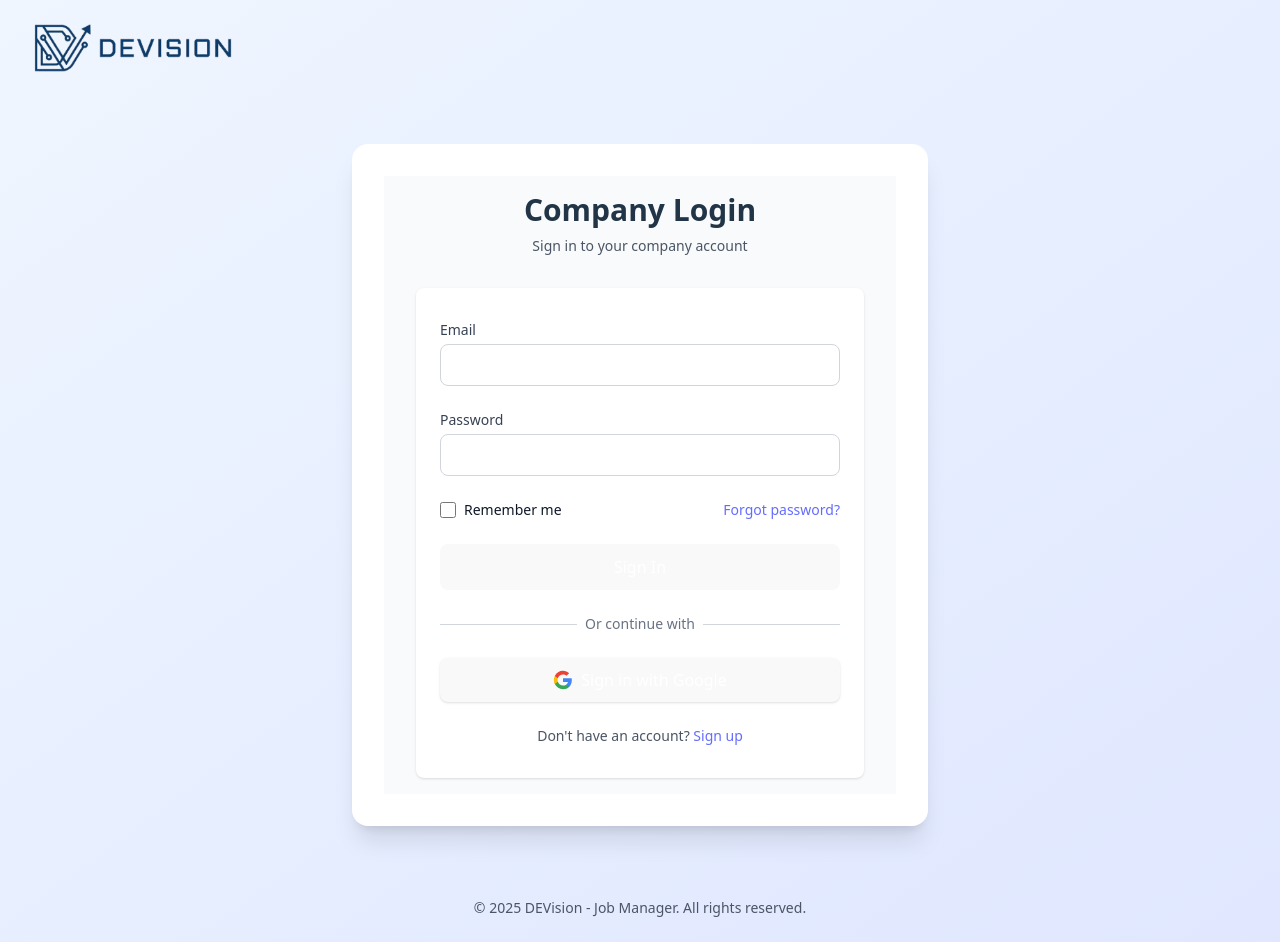
Repository: ISYS3461-2025C-Mulan-DEVision/JobManager_FE
Page: /login
The author's editor kept a copy of each file at every save. The page is drawn from the files as they stood at one save, then again after the next save.
The browser window is 1280 px wide. The pictures show the whole page.
The project was rebuilt for these pictures with package versions that can differ from the ones it lists, and the page was loaded fresh each time. Also part of the build but not shown: vite.config.js, src/pages/Home.tsx, src/components/headless/Table/Table.tsx, src/components/headless/Modal/Modal.tsx, src/components/ui/Card/Card.tsx, src/components/ui/Spinner/Spinner.tsx, src/components/ui/Alert/Alert.tsx, src/components/feature/Authentication/CompanySignup/CompanySignupForm.tsx and 4 more.

Above is the page before, as saved 2025-12-12 14:15:27.

### index.html
<!doctype html>
<html lang="en">
  <head>
    <meta charset="UTF-8" />
    <link rel="icon" type="image/svg+xml" href="/logo/logo-icon.png" />
    <meta name="viewport" content="width=device-width, initial-scale=1.0" />
    <title>jobmanager-fe</title>
  </head>
  <body>
    <div id="root"></div>
    <script type="module" src="/src/main.jsx"></script>
  </body>
</html>

### src/main.tsx
import React, { StrictMode } from "react";
import { createRoot } from "react-dom/client";
import "./index.css";
import { BrowserRouter } from "react-router-dom";
import App from "./App.js";
import { Provider } from "react-redux";
import store from "./store/index.js";

const container = document.getElementById("root")!;
if (!container) {
    throw new Error("Root container not found");
} else {
    createRoot(container).render(
        <StrictMode>
            <Provider store={store}>
                <BrowserRouter>
                    <App />
                </BrowserRouter>
            </Provider>
        </StrictMode>,
    );
}

### src/index.css
@import "tailwindcss";

@theme {
  --color-heading: #ff0000;
  --color-dark-blue: #1E293B;
  --color-background-color: #F8FAFC;
}

:root {
    font-family: system-ui, Avenir, Helvetica, Arial, sans-serif;
    line-height: 1.5;
    font-weight: 400;

    color-scheme: light dark;
    color: rgba(255, 255, 255, 0.87);
    background-color: #242424;

    font-synthesis: none;
    text-rendering: optimizeLegibility;
    -webkit-font-smoothing: antialiased;
    -moz-osx-font-smoothing: grayscale;
}

a {
    font-weight: 500;
    color: #646cff;
    text-decoration: inherit;
}
a:hover {
    color: #535bf2;
}

body {
    margin: 0;
    min-width: 320px;
    min-height: 100vh;
}

h1 {
    font-size: 3.2em;
    line-height: 1.1;
}

button {
    border-radius: 8px;
    border: 1px solid transparent;
    padding: 0.6em 1.2em;
    font-size: 1em;
    font-weight: 500;
    font-family: inherit;
    background-color: #1a1a1a;
    cursor: pointer;
    transition: border-color 0.25s;
}
button:hover {
    border-color: #646cff;
}
button:focus,
button:focus-visible {
    outline: 4px auto -webkit-focus-ring-color;
}

@media (prefers-color-scheme: light) {
    :root {
        color: #213547;
        background-color: #ffffff;
    }
    a:hover {
        color: #747bff;
    }
    button {
        background-color: #f9f9f9;
    }
}

### src/App.tsx
import { Routes, Route, Link, useLocation } from "react-router-dom";
import Home from "./pages/Home";
import LoginPage from "./pages/LoginPage";
import RegistrationPage from "./pages/RegistrationPage";

function App() {
    const location = useLocation();
    const isAuthPage = location.pathname === "/login";

    return (
        <div>
            {!isAuthPage && (
                <nav className="p-4 bg-gray-800 text-white flex gap-4">
                    <Link to="/">Home</Link>
                    <Link to="/login">Login</Link>
                </nav>
            )}

            <Routes>
                <Route path="/" element={<Home />} />
                <Route path="/login" element={<LoginPage />} />
                <Route path="/register" element={<RegistrationPage />} />
            </Routes>
        </div>
    );
}

export default App;

### src/store/index.ts
import configureStore from "./configureStore";
const store = configureStore();
export default store;

### src/pages/LoginPage.tsx
import React from "react";
import { CompanyLogin } from "../components/feature/Authentication/CompanyLogin";
import AuthLayout from "../layout/AuthLayout";

export default function LoginPage() {
    return (
        <AuthLayout>
            <CompanyLogin />
        </AuthLayout>
    );
}

### src/store/configureStore.ts
import { createStore, applyMiddleware, Store } from "redux";
import { createLogger } from "redux-logger";
import createSagaMiddleware from "redux-saga";
import { enableBatching } from "redux-batched-actions";
import createReducer from "./reducers";
import rootSaga from "./saga";

const configureStore = (initialState = {}): Store => {
    const rootReducer = createReducer();
    const sagaMiddleware = createSagaMiddleware();

    const middlewares = [sagaMiddleware];

    const isDev = import.meta.env.VITE_NODE_ENV === "development";

    if (isDev) {
        const loggerMiddleware = createLogger({
            collapsed: () => true,
        });
        (middlewares as any[]).push(loggerMiddleware);
    }

    const store = createStore(
        enableBatching(rootReducer),
        initialState,
        applyMiddleware(...middlewares),
    );

    sagaMiddleware.run(rootSaga);

    return store;
};

export default configureStore;

### src/redux/app/actions.ts
import * as types from "./type";

const setLoading = (payload: boolean) => ({ type: types.SET_LOADING, payload });
const setError = (payload: string | null) => ({
    type: types.SET_ERROR,
    payload,
});
const setInitialized = (payload: boolean) => ({
    type: types.SET_INITIALIZED,
    payload,
});
const reset = () => ({ type: types.RESET });

const toggleLoadingAsync = (payload: boolean) => ({
    type: types.TOGGLE_LOADING_ASYNC,
    payload,
});

export default {
    setLoading,
    setError,
    setInitialized,
    reset,
    toggleLoadingAsync,
};

### src/components/feature/Authentication/CompanyLogin/index.ts
export { CompanyLogin } from "./CompanyLogin";

### src/store/reducers.ts
import { combineReducers } from "redux";
import { reducers } from "../redux";
import _ from "lodash";

const appReducer = combineReducers(reducers);
export default function createReducer() {
    const rootReducer = (state, action) => {
        if (action.type === "FORCE_UPDATE_GLOBAL_STATE") {
            return appReducer(_.cloneDeep(action.payload), action as never);
        }
        return appReducer(state, action as never);
    };

    return rootReducer;
}

### src/store/saga.ts
import { all, fork } from "redux-saga/effects";
import { sagas } from "../redux";

export default function* rootSaga() {
    yield all([...Object.values(sagas)].map(fork));
}

### src/redux/app/type.ts
const prefix = "APP/";

export const SET_LOADING = `${prefix}SET_LOADING`;
export const SET_ERROR = `${prefix}SET_ERROR`;
export const SET_INITIALIZED = `${prefix}SET_INITIALIZED`;
export const RESET = `${prefix}RESET`;

// test async action
export const TOGGLE_LOADING_ASYNC = `${prefix}TOGGLE_LOADING_ASYNC`;

### src/redux/index.ts
const loadModules = (modules: Record<string, any>, hasDefault = false) =>
    Object.entries(modules).map(([path, mod]) => {
        const parts = path.split("/");
        return {
            name: parts.at(-1)!.replace(".js", "").toUpperCase(),
            key: parts.at(-2)!,
            data: hasDefault ? mod.default : mod,
        };
    });

const rawActions = loadModules(
    import.meta.glob("./**/actions.ts", { eager: true }),
    true,
);

const rawTypes = loadModules(
    import.meta.glob("./**/types.ts", { eager: true }),
    false,
);

const rawReducers = loadModules(
    import.meta.glob("./**/reducer.ts", { eager: true }),
    true,
);

const rawSagas = loadModules(
    import.meta.glob("./**/saga.ts", { eager: true }),
    false,
);

// Final exports
export const actions = rawActions.reduce((p, e) => ({ ...p, ...e.data }), {});
export const types = rawTypes.reduce((p, e) => ({ ...p, ...e.data }), {});
export const reducers = rawReducers.reduce(
    (p, e) => ({ ...p, [e.key]: e.data }),
    {},
);
export const sagas = rawSagas.reduce((p, e) => ({ ...p, ...e.data }), {});

### src/components/headless/index.ts
// Headless Components - Logic without UI
export { HeadlessForm } from "./Form";
export { HeadlessTable } from "./Table";
export { useTable } from "./Table/useTable";
export { HeadlessModal } from "./Modal";

// Types
export * from "./types";
export type { TableColumn } from "./Table/useTable";

### src/components/feature/Authentication/CompanyLogin/CompanyLoginForm.tsx
import React from "react";
import { Link } from "react-router-dom";
import { Input, Button, Alert, GoogleLogo } from "@/components/ui";
import { LoginPayload } from "./types";

interface CompanyLoginFormProps {
    values: LoginPayload;
    errors: Partial<Record<keyof LoginPayload, string>>;
    touched: Partial<Record<keyof LoginPayload, boolean>>;
    handleChange: (e: React.ChangeEvent<HTMLInputElement>) => void;
    handleBlur: (field: keyof LoginPayload) => void;
    handleSubmit: (e: React.FormEvent) => void;
    isLoading: boolean;
    error: string | null;
}

export const CompanyLoginForm: React.FC<CompanyLoginFormProps> = ({
    values,
    errors,
    touched,
    handleChange,
    handleBlur,
    handleSubmit,
    isLoading,
    error,
}) => {
    return (
        <div className="flex flex-col items-center justify-center bg-gray-50 py-4 px-1 sm:px-6 lg:px-8">
            <div className="text-center mb-8">
                <h2 className="text-3xl font-bold text-heading-text">
                    Company Login
                </h2>
                <p className="mt-2 text-sm text-gray-600">
                    Sign in to your company account
                </p>
            </div>

            <div className="w-full max-w-md bg-white py-8 px-6 shadow rounded-lg">
                {error && (
                    <Alert type="error" className="mb-4">
                        {error}
                    </Alert>
                )}

                <form onSubmit={handleSubmit} className="space-y-6">
                    <Input
                        label="Email"
                        id="email"
                        name="email"
                        type="email"
                        autoComplete="email"
                        required
                        value={values.email}
                        onChange={handleChange}
                        onBlur={() => handleBlur("email")}
                        error={touched.email ? errors.email : undefined}
                        fullWidth
                    />

                    <Input
                        label="Password"
                        id="password"
                        name="password"
                        type="password"
                        autoComplete="current-password"
                        required
                        value={values.password}
                        onChange={handleChange}
                        onBlur={() => handleBlur("password")}
                        error={
                            touched.password ? errors.password : undefined
                        }
                        fullWidth
                    />

                    <div className="flex items-center justify-between">
                        <div className="flex items-center">
                            <input
                                id="remember-me"
                                name="remember-me"
                                type="checkbox"
                                className="h-4 w-4 text-blue-600 focus:ring-blue-500 border-gray-300 rounded"
                            />
                            <label
                                htmlFor="remember-me"
                                className="ml-2 block text-sm text-gray-900"
                            >
                                Remember me
                            </label>
                        </div>

                        <div className="text-sm">
                            <a
                                href="#"
                                className="font-medium text-blue-600 hover:text-blue-500"
                            >
                                Forgot password?
                            </a>
                        </div>
                    </div>

                    <Button
                        type="submit"
                        variant="primary"
                        size="lg"
                        fullWidth
                        isLoading={isLoading}
                    >
                        Sign In
                    </Button>
                </form>

                <div className="mt-6">
                    <div className="relative">
                        <div className="absolute inset-0 flex items-center">
                            <div className="w-full border-t border-gray-300"></div>
                        </div>
                        <div className="relative flex justify-center text-sm">
                            <span className="px-2 bg-white text-gray-500">
                                Or continue with
                            </span>
                        </div>
                    </div>

                    <div className="mt-6">
                        <button
                            type="button"
                            onClick={() => {
                                // TODO: Implement Google OAuth flow
                                window.location.href = `${import.meta.env.VITE_API_URL || ''}/auth/google`;
                            }}
                            className="w-full inline-flex justify-center items-center px-4 py-2 border border-gray-300 shadow-sm text-sm font-medium rounded-md text-white bg-white hover:bg-gray-50 focus:outline-none focus:ring-2 focus:ring-offset-2 focus:ring-blue-500 transition-colors"
                        >
                            <GoogleLogo className="mr-2" />
                            Sign in with Google
                        </button>
                    </div>
                </div>

                <div className="mt-6 text-center">
                    <p className="text-sm text-gray-600">
                        Don't have an account?{" "}
                        <Link
                            to="/register"
                            className="font-medium text-blue-600 hover:text-blue-500"
                        >
                            Sign up
                        </Link>
                    </p>
                </div>
            </div>
        </div>
    );
};

### src/components/feature/Authentication/CompanyLogin/hooks/useCompanyLogin.ts
import { useState } from 'react';
import AuthService, { LoginPayload } from '../../api/AuthService';

export const useCompanyLogin = () => {
  const [isLoading, setIsLoading] = useState(false);
  const [error, setError] = useState<string | null>(null);

  const login = async (formData: LoginPayload) => {
    setIsLoading(true);
    setError(null);

    try {
      await AuthService.loginCompany(formData);
      // Handle success (e.g., redirect, store token)
      console.log("Login successful");
    } catch (err) {
      setError("Failed to login. Please check your credentials.");
      console.error(err);
    } finally {
      setIsLoading(false);
    }
  };

  return {
    login,
    isLoading,
    error,
  };
};

### src/components/ui/index.ts
// UI Components - Presentational components with styling
export * from "./Button";
export * from "./Input";
export * from "./Card";
export * from "./Spinner";
export * from "./Alert";
export * from "./GoogleLogo";

### src/redux/app/reducer.ts
import * as types from "./type";
export interface AppState {
    loading: boolean;
    error: string | null;
    initialized?: boolean;
    test: string;
}

const INITIAL_STATE: AppState = {
    loading: true,
    error: null,
    initialized: false,
    test: "test",
};

type Action = { type: string; payload?: any };

export default function appReducer(
    state: AppState = INITIAL_STATE,
    action: Action,
): AppState {
    switch (action.type) {
        case types.SET_LOADING:
            return { ...state, loading: !!action.payload };
        case types.SET_ERROR:
            return { ...state, error: action.payload ?? null, loading: false };
        case types.SET_INITIALIZED:
            return { ...state, initialized: !!action.payload };
        case types.RESET:
            return { ...INITIAL_STATE };
        default:
            return state;
    }
}

### src/redux/app/saga.ts
import { takeEvery, put, delay } from "redux-saga/effects";
import * as types from "./type";
import actions from "./actions";

function* handleToggleLoading(action: any) {
    yield delay(300);
    yield put(actions.setLoading(action.payload));
}

export function* watchToggleLoading() {
    yield takeEvery(types.TOGGLE_LOADING_ASYNC, handleToggleLoading);
}

### src/components/headless/Form/index.ts
export { HeadlessForm } from "./Form";

### src/components/headless/Table/index.ts
export { HeadlessTable } from "./Table";
export { useTable } from "./useTable";
export type { TableColumn } from "./useTable";

### src/components/headless/Modal/index.ts
export { HeadlessModal } from "./Modal";

### src/components/ui/Button/index.ts
export { Button } from "./Button";
export type { ButtonProps } from "./Button";

### src/components/ui/Input/index.ts
export { Input } from "./Input";
export type { InputProps } from "./Input";

### src/components/ui/Card/index.ts
export { Card, CardHeader, CardBody, CardFooter } from "./Card";
export type { CardProps } from "./Card";

### src/components/ui/Spinner/index.ts
export { Spinner } from "./Spinner";
export type { SpinnerProps } from "./Spinner";

### src/components/ui/Alert/index.ts
export { Alert } from "./Alert";
export type { AlertProps } from "./Alert";

### src/components/ui/GoogleLogo/index.ts
export { GoogleLogo } from "./GoogleLogo";
export type { GoogleLogoProps } from "./GoogleLogo";

Loaded but not shown: src/components/ui/Button/Button.tsx (81 lines, source omitted); src/components/headless/Form/Form.tsx (93 lines, source omitted); src/layout/AuthLayout.tsx (54 lines, source omitted); src/components/headless/types.ts (71 lines, source omitted); src/components/headless/Table/useTable.ts (76 lines, source omitted); src/components/ui/Input/Input.tsx (51 lines, source omitted); src/components/feature/Authentication/api/AuthService.ts (56 lines, source omitted); src/components/ui/GoogleLogo/GoogleLogo.tsx (43 lines, source omitted); src/components/feature/Authentication/CompanyLogin/CompanyLogin.tsx (40 lines, source omitted)

After the next save:
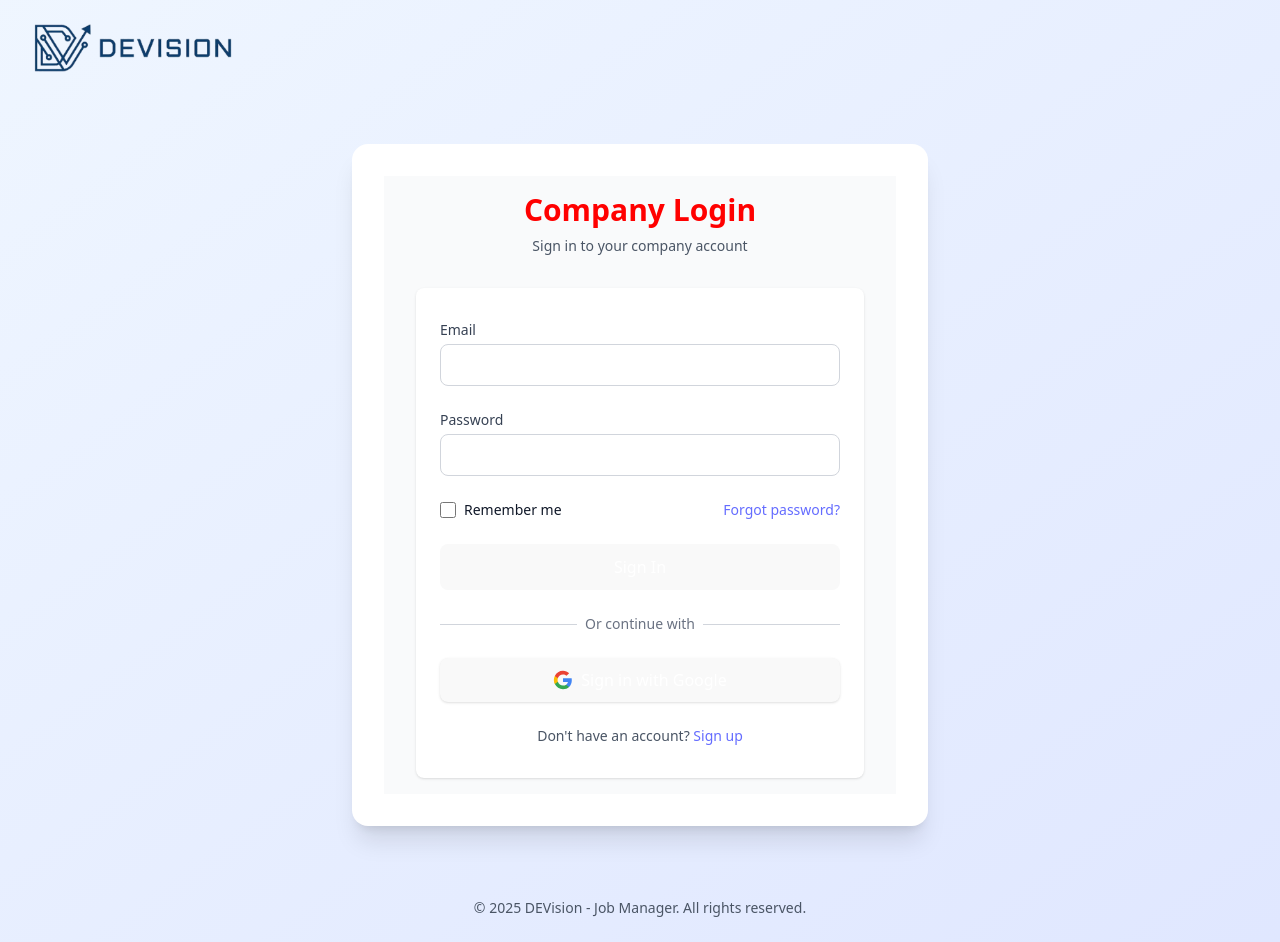
Saved 85 s later.
--- a/src/components/feature/Authentication/CompanyLogin/CompanyLoginForm.tsx
+++ b/src/components/feature/Authentication/CompanyLogin/CompanyLoginForm.tsx
@@ -27,7 +27,7 @@
     return (
         <div className="flex flex-col items-center justify-center bg-gray-50 py-4 px-1 sm:px-6 lg:px-8">
             <div className="text-center mb-8">
-                <h2 className="text-3xl font-bold text-heading-text">
+                <h2 className="text-3xl font-bold text-heading">
                     Company Login
                 </h2>
                 <p className="mt-2 text-sm text-gray-600">

After the save that followed:
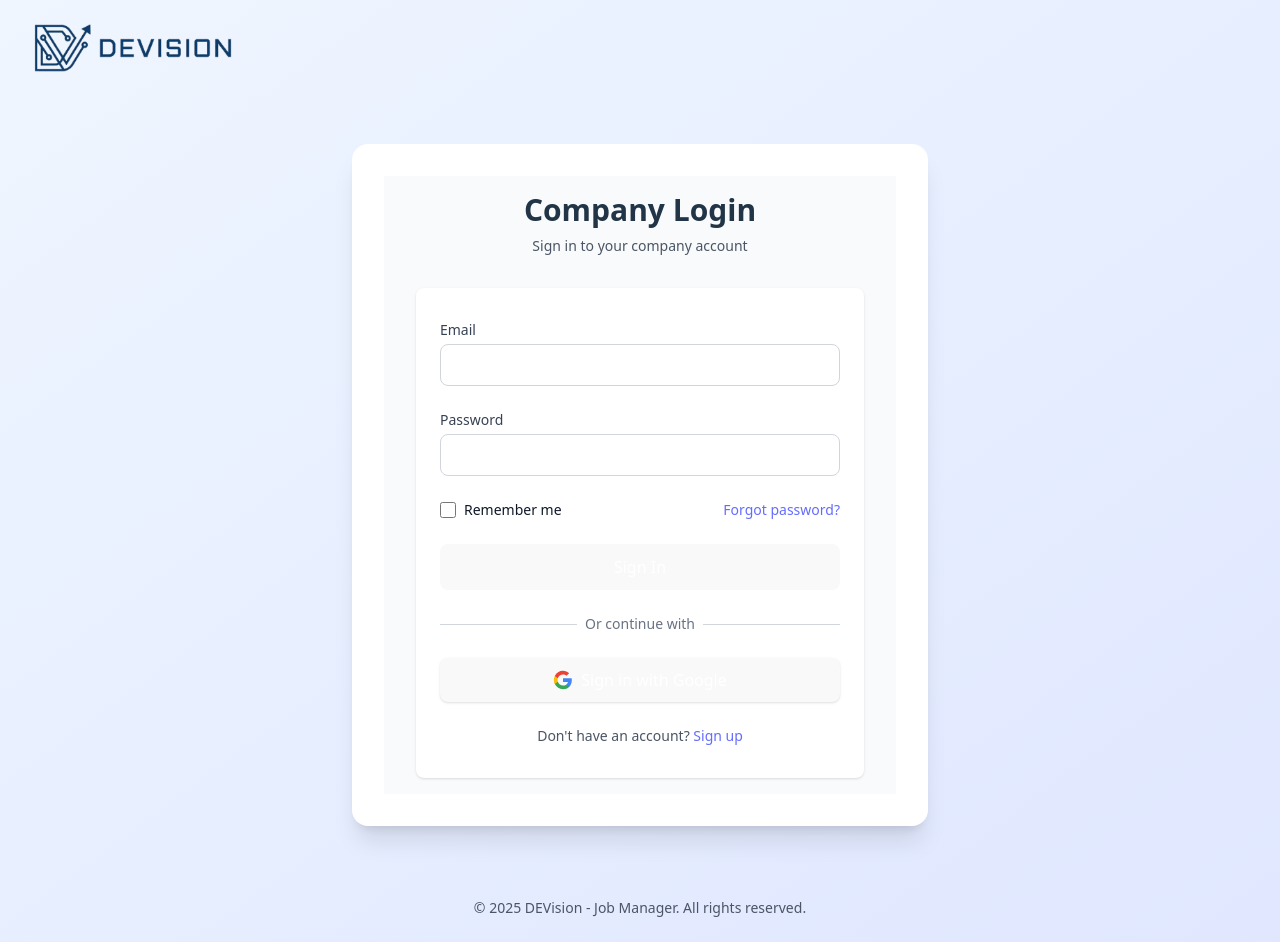
Saved 6 min 9 s later.
--- a/src/index.css
+++ b/src/index.css
@@ -1,10 +1,10 @@
 @import "tailwindcss";
 
-@theme {
+/* @theme {
   --color-heading: #ff0000;
   --color-dark-blue: #1E293B;
   --color-background-color: #F8FAFC;
-}
+} */
 
 :root {
     font-family: system-ui, Avenir, Helvetica, Arial, sans-serif;
